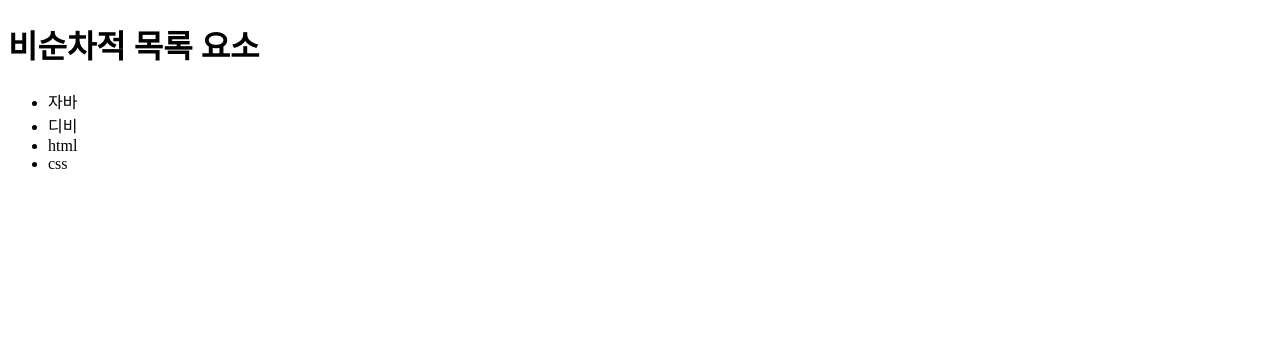
Repository: Junvelop/hkdevelope
Page: Downloads/back_end_edu20240624-master (1)/front_end_20240627/src/main/webapp/html04_목록요소.html
The author's editor kept a copy of each file at every save. The page is drawn from the files as they stood at one save, then again after the next save.
The browser window is 1280 px wide. The pictures show the whole page.

Above is the page before, as saved 2024-08-12 05:29:04.

After the next save:
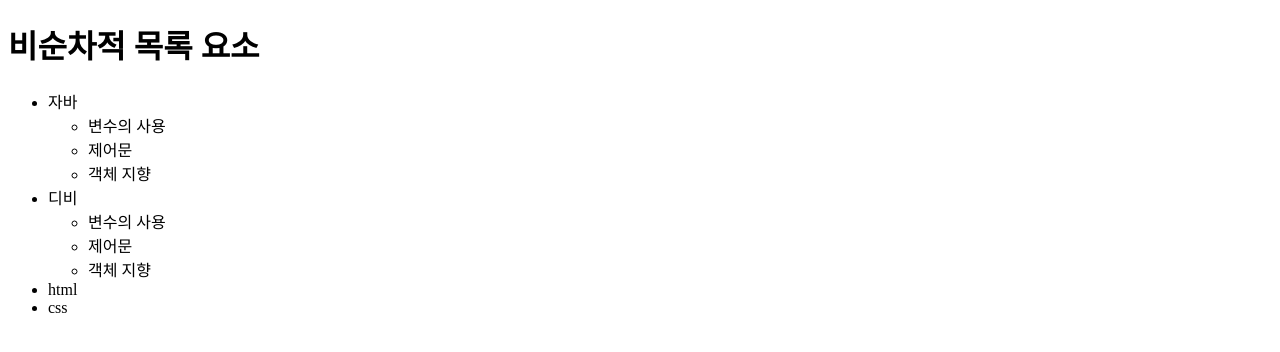
Saved 5 min 4 s later.
--- a/Downloads/back_end_edu20240624-master (1)/front_end_20240627/src/main/webapp/html04_목록요소.html
+++ b/Downloads/back_end_edu20240624-master (1)/front_end_20240627/src/main/webapp/html04_목록요소.html
@@ -7,8 +7,25 @@
 <body>
 <h1>비순차적 목록 요소</h1>
 <ul>
-	<li>자바</li>
-	<li>디비</li>
+	<li>자바
+
+		<ul>
+			<li>변수의 사용</li>
+			<li>제어문</li>
+			<li>객체 지향</li>
+		</ul>
+
+	</li>
+
+	<li>디비
+
+		<ul>
+				<li>변수의 사용</li>
+				<li>제어문</li>
+				<li>객체 지향</li>
+		</ul>
+
+	</li>
 	<li>html</li>
 	<li>css</li>
 </ul>
